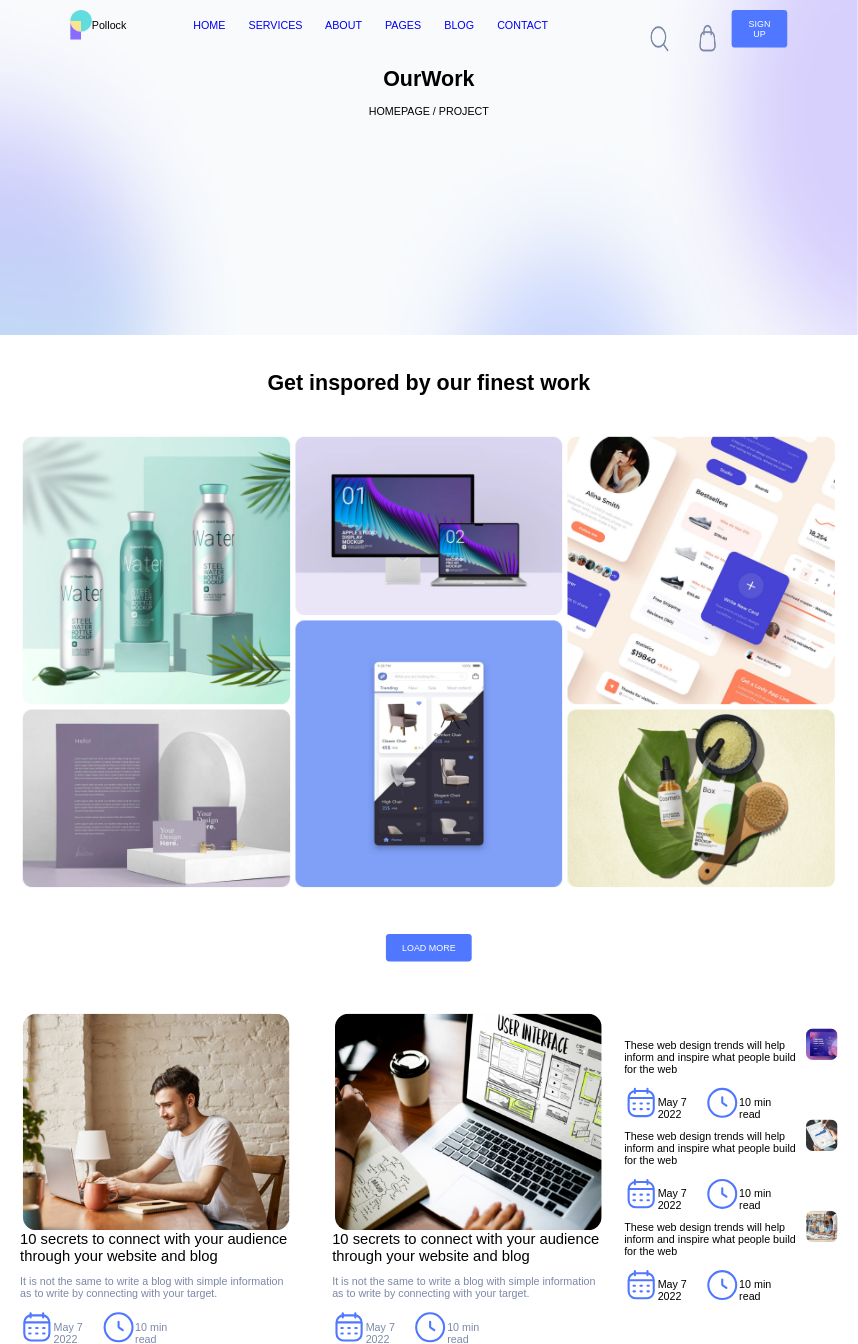
Repository: Nam936/exercises
Page: demo.html
The author's editor kept a copy of each file at every save. The page is drawn from the files as they stood at one save, then again after the next save.
The browser window is 1280 px wide. The pictures show the whole page, at 67% of full size.

Above is the page before, as saved 2023-01-06 16:35:12.

After the next save:
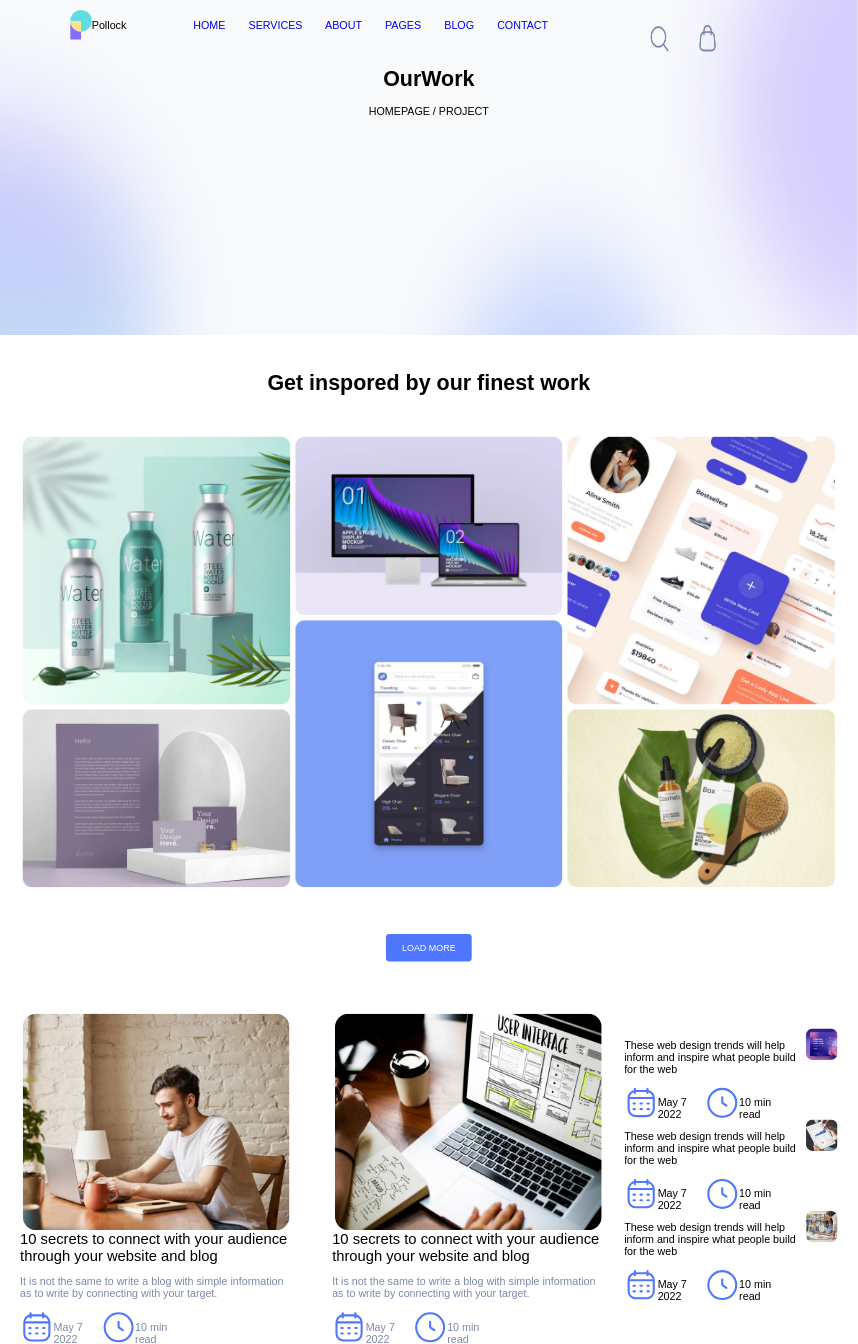
Saved 33 s later.
--- a/demo.html
+++ b/demo.html
@@ -37,7 +37,7 @@
                 <img class="cart" src="/img/Iconex/Bag_header.png" alt="">
               </div>
               <div class="btn-sig">
-                <button>SIGN UP</button>
+
               </div>
             </div>
           </div>

After the save that followed:
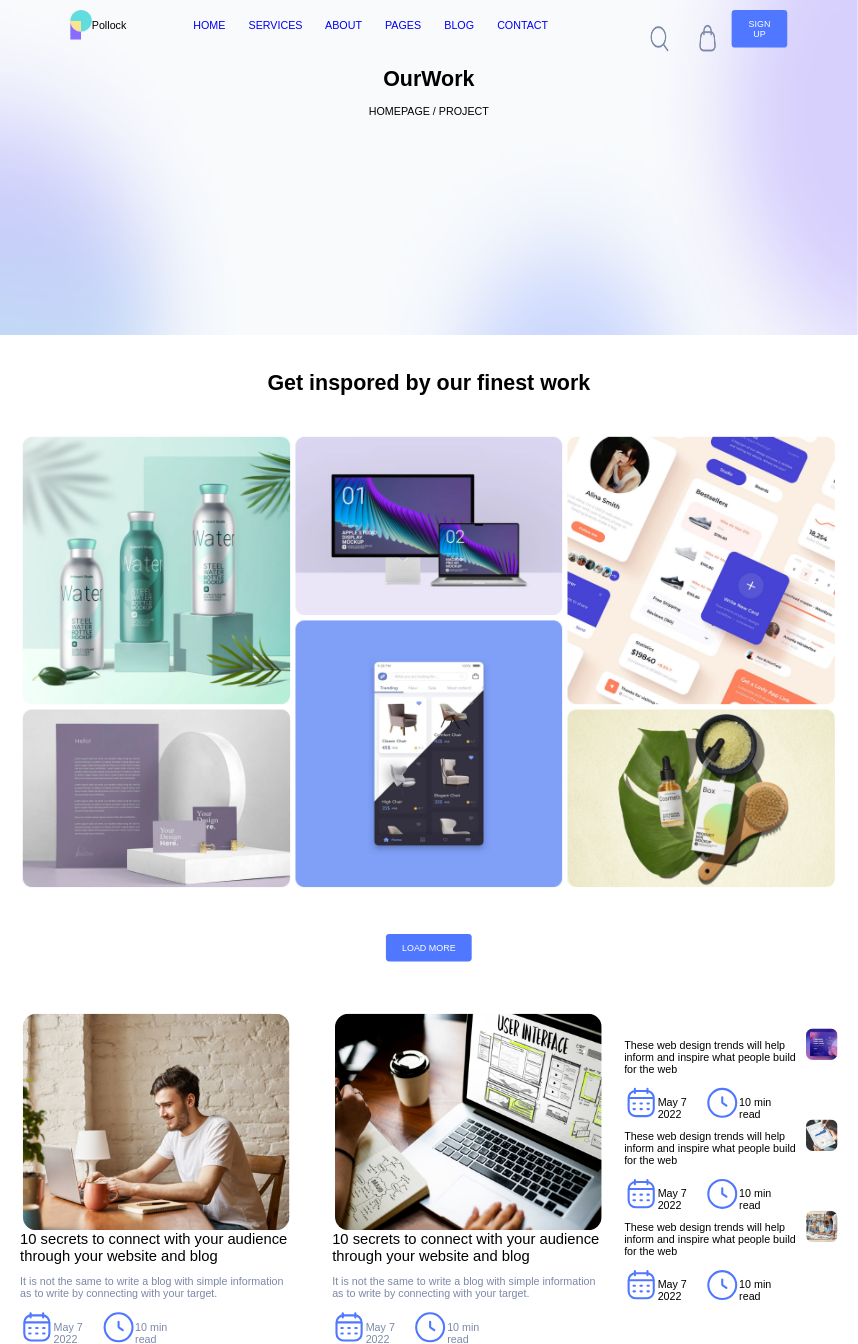
Saved 42 s later.
--- a/demo.html
+++ b/demo.html
@@ -37,7 +37,7 @@
                 <img class="cart" src="/img/Iconex/Bag_header.png" alt="">
               </div>
               <div class="btn-sig">
-
+                <button>SIGN UP</button>
               </div>
             </div>
           </div>
